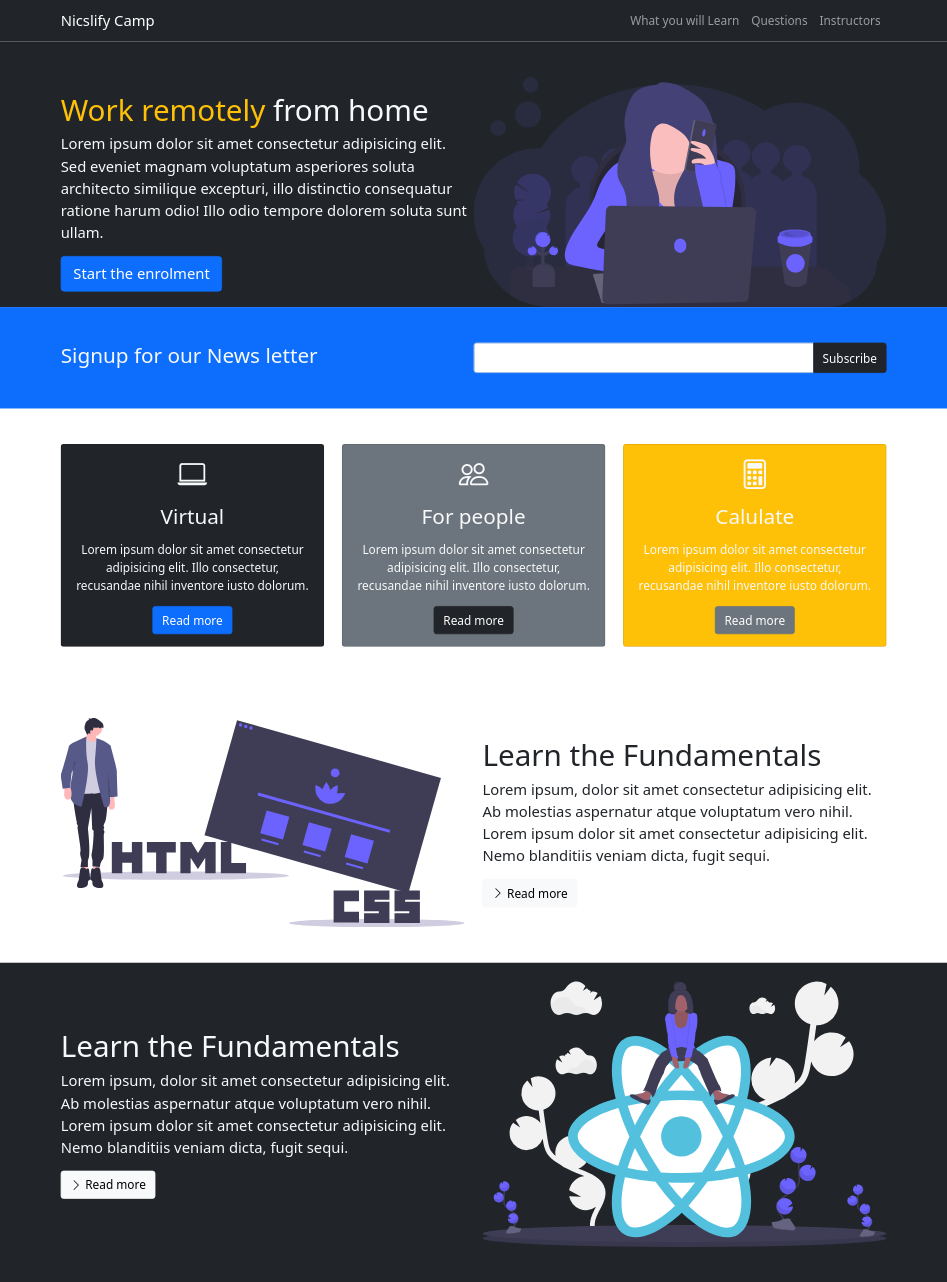
Repository: Eugene44-hub/enrollment-site
Page: index.html
The author's editor kept a copy of each file at every save. The page is drawn from the files as they stood at one save, then again after a run of saves.
The browser window is 1280 px wide. The pictures show the whole page, at 74% of full size.
Some web libraries are served in a nearby version.

Above is the page before, as saved 2021-10-20 12:25:55.

### index.html
<!DOCTYPE html>
<html lang="en">

<head>
    <meta charset="UTF-8">
    <meta http-equiv="X-UA-Compatible" content="IE=edge">
    <meta name="viewport" content="width=device-width, initial-scale=1.0">
    <!-- CSS only -->
    <link href="https://cdn.jsdelivr.net/npm/bootstrap@5.1.3/dist/css/bootstrap.min.css" rel="stylesheet" integrity="sha384-1BmE4kWBq78iYhFldvKuhfTAU6auU8tT94WrHftjDbrCEXSU1oBoqyl2QvZ6jIW3" crossorigin="anonymous">
    <link rel="stylesheet" href="https://cdn.jsdelivr.net/npm/bootstrap-icons@1.6.1/font/bootstrap-icons.css">
    <link rel="stylesheet" href="style.css">
    <title>Bootstrap webpage</title>
</head>

<body>
    <!-- nav bar starts -->
    <nav class="navbar navbar-expand-md bg-dark navbar-dark">
        <div class="container">
            <a href="" class="navbar-brand">Nicslify Camp</a>

            <button class="navbar-toggler" type="button" data-bs-toggle='collapse' data-bs-target="#navmenu">
              <span class="navbar-toggler-icon"></span>
            </button>

            <div class="collapse navbar-collapse" id="navmenu">
                <ul class="navbar-nav ms-auto text-center text-sm-start">
                    <li class="nav-item">
                        <a href="#learn" class="nav-link">What you will Learn</a>
                    </li>
                    <li class="nav-item">
                        <a href="#" class="nav-link">Questions</a>
                    </li>
                    <li class="nav-item">
                        <a href="#" class="nav-link">Instructors</a>
                    </li>
                </ul>
            </div>
        </div>
    </nav>
    <!-- nav bar ends -->


    <!-- showCase starts -->
    <section class="bg-dark text-light text-center text-sm-start p-lg-0 pt-5 pb-5">
        <div class="container">
            <div class="d-md-flex pt-5 align-items-center">
                <div class="">
                    <div class="h1 "><span class="text-warning">Work remotely</span> from home</div>
                    <p class="lead">Lorem ipsum dolor sit amet consectetur adipisicing elit. Sed eveniet magnam voluptatum asperiores soluta architecto similique excepturi, illo distinctio consequatur ratione harum odio! Illo odio tempore dolorem soluta sunt ullam.</p>
                    <button class="btn btn-primary btn-lg ">Start the enrolment</button>
                </div>
                <img src="undraw_working_remotely_jh40.svg" class="img-fluid w-50 d-none d-md-block" alt="">
            </div>
        </div>
    </section>
    <!-- showCase ends -->

    <!-- signup starts -->
    <section class="bg-primary text-light p-5">
        <div class="container">
            <div class="d-md-flex justify-content-between">
                <p class="h3">Signup for our News letter</p>
                <div class="input-group" id="input-field">
                    <input type="text" class="form-control">
                    <button type="button" class="btn btn-dark">Subscribe</button>
                </div>
            </div>
        </div>
    </section>
    <!-- signup ends -->

    <!-- boxes starts -->
    <section class="my-5">
        <div class="container">
            <div class="row g-4">
                <div class="col-md">
                    <div class="card bg-dark text-center text-light ">
                        <div class="card-body">
                            <div class="h1 mb-3"><i class="bi bi-laptop"></i></div>
                            <div class="card-title h3 mb-3">Virtual</div>
                            <div class="card-text">
                                Lorem ipsum dolor sit amet consectetur adipisicing elit. Illo consectetur, recusandae nihil inventore iusto dolorum.
                            </div>
                            <a href="" class="btn btn-primary mt-3">Read more</a>
                        </div>
                    </div>


                </div>
                <div class="col-md">
                    <div class="card bg-secondary text-center text-light ">
                        <div class="card-body">
                            <div class="h1 mb-3"><i class="bi bi-people"></i></div>
                            <div class="card-title h3 mb-3">For people</div>
                            <div class="card-text">
                                Lorem ipsum dolor sit amet consectetur adipisicing elit. Illo consectetur, recusandae nihil inventore iusto dolorum.
                            </div>
                            <a href="" class="btn btn-dark mt-3">Read more</a>
                        </div>
                    </div>
                </div>
                <div class="col-md">
                    <div class="card bg-warning text-center text-light ">
                        <div class="card-body">
                            <div class="h1 mb-3"><i class="bi bi-calculator"></i></div>
                            <div class="card-title h3 mb-3">Calulate</div>
                            <div class="card-text">
                                Lorem ipsum dolor sit amet consectetur adipisicing elit. Illo consectetur, recusandae nihil inventore iusto dolorum.
                            </div>
                            <a href="" class="btn btn-secondary mt-3">Read more</a>
                        </div>
                    </div>
                </div>
            </div>
        </div>
    </section>
    <!-- boxes starts -->

    <!-- learn section starts -->
    <section class="p-5" id=learn>
        <div class="container">
            <div class="row align-items-center">

                <div class="col-md m-auto">
                    <img src=" frontend.svg " class="img-fluid">
                </div>



                <div class="col-md mt-5 mt-md-0 ">
                    <h1>Learn the Fundamentals</h1>
                    <p class="lead ">
                        Lorem ipsum, dolor sit amet consectetur adipisicing elit. Ab molestias aspernatur atque voluptatum vero nihil. <br> Lorem ipsum dolor sit amet consectetur adipisicing elit. Nemo blanditiis veniam dicta, fugit sequi.
                    </p>
                    <a href=# class="btn btn-light"><i class="bi bi-chevron-right"></i> Read more</a>
                </div>
            </div>
        </div>
    </section>

    <section class="p-5 bg-dark text-light" id=learn>
        <div class="container">
            <div class="row align-items-center g-4">

                <div class="col-md mt-5 mt-md-0 ">
                    <h1>Learn the Fundamentals</h1>
                    <p class="lead ">
                        Lorem ipsum, dolor sit amet consectetur adipisicing elit. Ab molestias aspernatur atque voluptatum vero nihil. <br> Lorem ipsum dolor sit amet consectetur adipisicing elit. Nemo blanditiis veniam dicta, fugit sequi.
                    </p>
                    <a href=# class="btn btn-light"><i class="bi bi-chevron-right"></i> Read more</a>
                </div>

                <div class="col-md m-auto">
                    <img src=" react.svg " class="img-fluid">
                </div>
            </div>
        </div>
    </section>
    <!-- learn section ends -->


</body>
<!-- JavaScript Bundle with Popper -->
<script src="https://cdn.jsdelivr.net/npm/bootstrap@5.1.3/dist/js/bootstrap.bundle.min.js " integrity="sha384-ka7Sk0Gln4gmtz2MlQnikT1wXgYsOg+OMhuP+IlRH9sENBO0LRn5q+8nbTov4+1p " crossorigin="anonymous "></script>

</html>

### style.css
@media screen and (min-width:768px) {
    #input-field {
        width: 50%;
    }
}

After the next 2 saves:
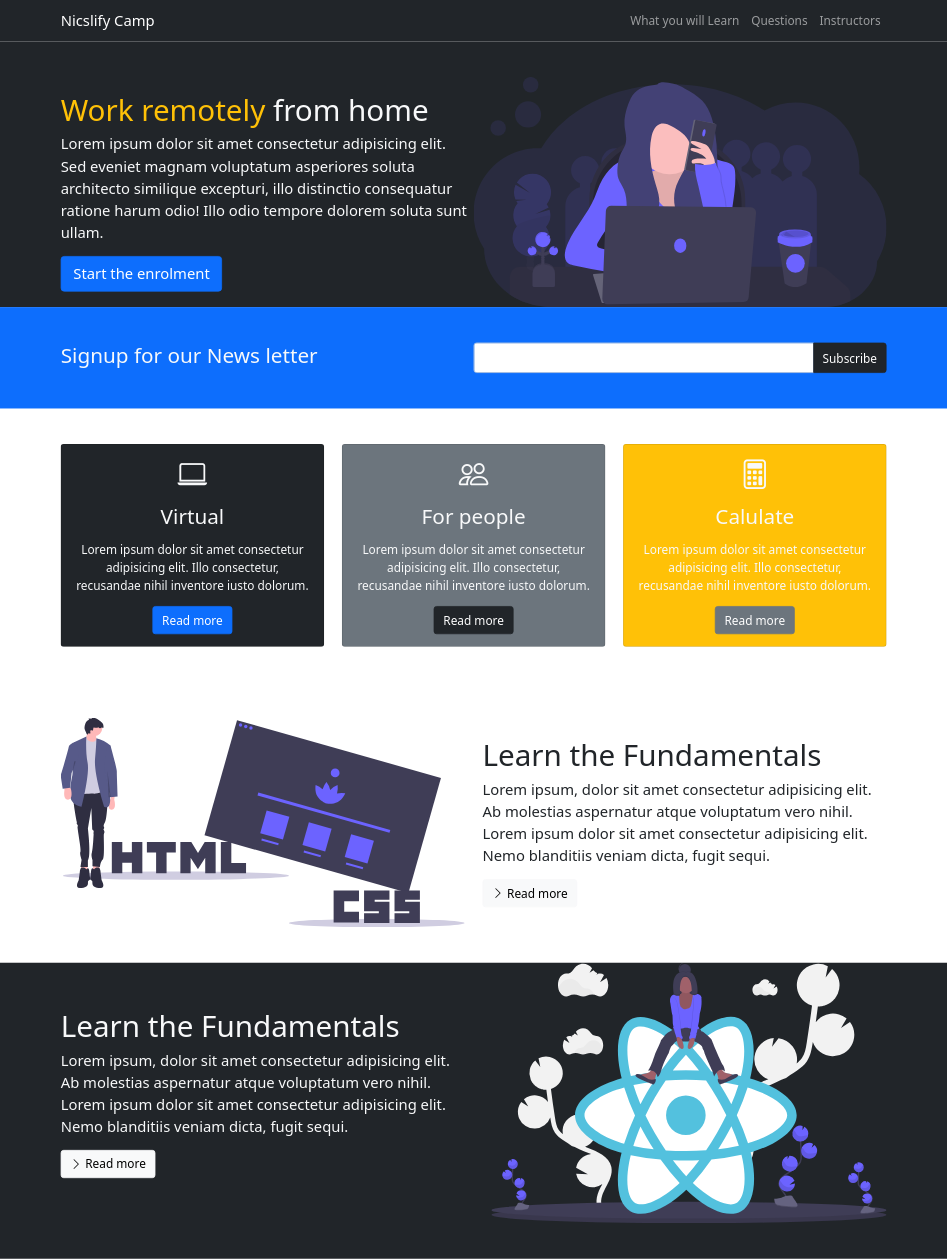
The 2 saves are shown as one change because they came seconds apart.
The last was saved 12 s later.
--- a/index.html
+++ b/index.html
@@ -140,7 +140,7 @@
 
     <section class="p-5 bg-dark text-light" id=learn>
         <div class="container">
-            <div class="row align-items-center g-4">
+            <div class="row align-items-center g-5">
 
                 <div class="col-md mt-5 mt-md-0 ">
                     <h1>Learn the Fundamentals</h1>
